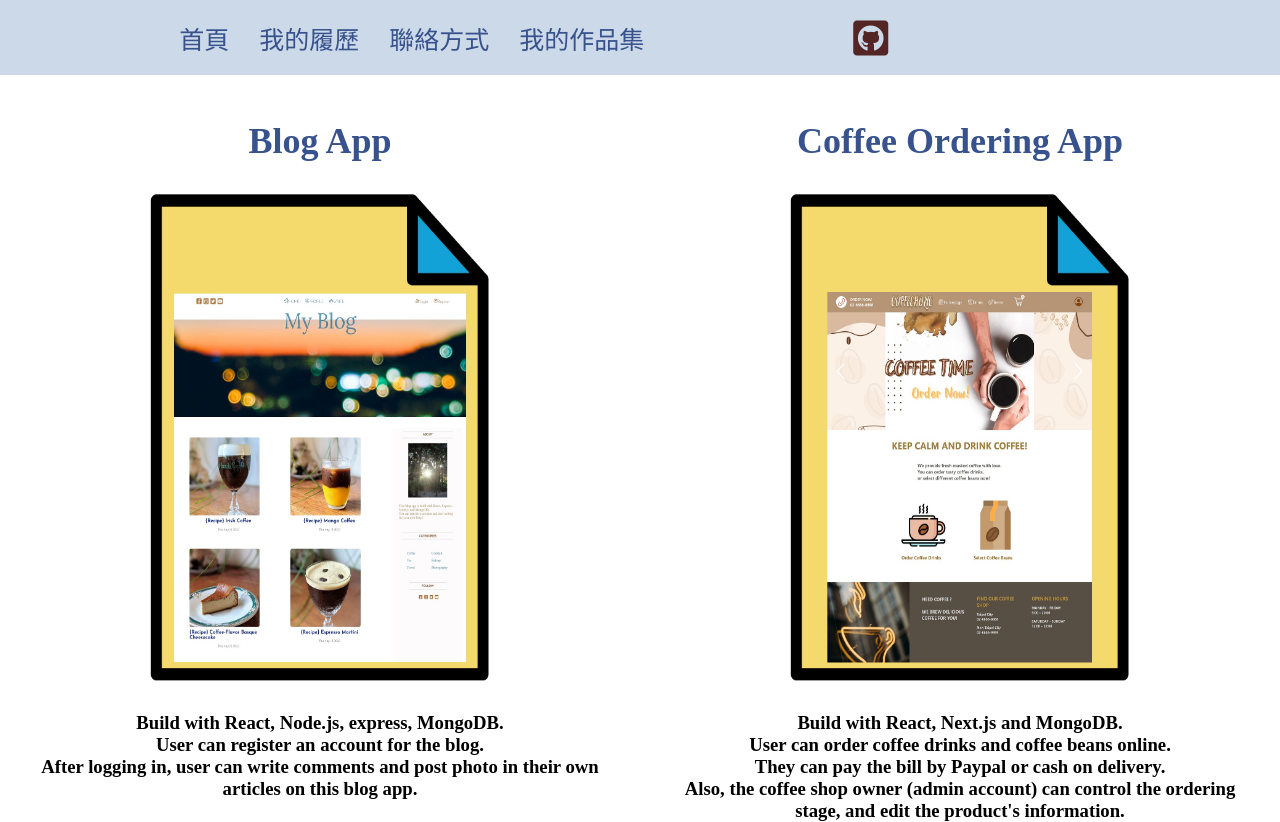
Repository: lcjyc/portfolio-website
Page: /portfolio
An editor plug-in stored every save of this project. The page is shown before and after the next save, followed by the edit.
The browser window is 1280 px wide. The pictures show the whole page.
The project was rebuilt for these pictures with package versions that can differ from the ones it lists, and the page was loaded fresh each time. Also part of the build but not shown: src/pages/home/home.css, src/pages/home/Home.jsx, src/pages/resume/resume.css, src/pages/resume/Resume.jsx, src/pages/contact/contact.css, src/pages/contact/Contact.jsx.

Above is the page before, as saved 2022-08-21 12:30:16.

### public/index.html
<!DOCTYPE html>
<html lang="zh-tw">
  <head>
    <meta charset="utf-8" />
    <meta name="viewport" content="width=device-width, initial-scale=1" />
    <meta name="theme-color" content="#000000" />
    <meta
      name="description"
      content="Web site created using create-react-app"
    />
    <link
      href="https://fonts.googleapis.com/css2?family=Josefin+Sans:wght@100;200;300;400;500;600;700&family=Lora:ital@0;1&family=Varela&family=Varela+Round&display=swap"
      rel="stylesheet"
    />
    <link
      rel="stylesheet"
      href="https://cdnjs.cloudflare.com/ajax/libs/font-awesome/5.15.3/css/all.min.css"
      integrity="sha512-iBBXm8fW90+nuLcSKlbmrPcLa0OT92xO1BIsZ+ywDWZCvqsWgccV3gFoRBv0z+8dLJgyAHIhR35VZc2oM/gI1w=="
      crossorigin="anonymous"
    />
    <style>
      * {
        margin: 0;
      }
    </style>
    <style>
      .link {
        text-decoration: none;
        color: inherit;
      }
    </style>
    <title>Lesley Chen|Portfolio</title>
  </head>

  <body>
    <noscript>You need to enable JavaScript to run this app.</noscript>
    <div id="root"></div>
  </body>
</html>

### src/App.js
import TopBar from "./components/topbar/TopBar";
import Home from "./pages/home/Home";
import Resume from "./pages/resume/Resume";
import Contact from "./pages/contact/Contact";
import Portfolio from "./pages/portfolio/Portfolio";

import { BrowserRouter as Router, Routes, Route } from "react-router-dom";

function App() {
  return (
    <Router>
      <TopBar />
      <Routes>
        <Route path="/" element={<Home />} />
        <Route path="/resume" element={<Resume />} />
        <Route path="/contact" element={<Contact />} />
        <Route path="/portfolio" element={<Portfolio />} />
      </Routes>
    </Router>
  );
}

export default App;

### src/components/topbar/TopBar.jsx
import { Link } from "react-router-dom";
import "./topbar.css";

export default function TopBar() {
  return (
    <div className="top">
      <div className="topLeft">
        <ul className="topList">
          <li className="topListItem">
            <Link className="link" to="/">
              首頁
            </Link>
          </li>
          <li className="topListItem">
            <Link className="link" to="/resume">
              我的履歷
            </Link>
          </li>
          <li className="topListItem">
            <Link className="link" to="/contact">
              聯絡方式
            </Link>
          </li>
          <li className="topListItem">
            <Link className="link" to="/portfolio">
              我的作品集
            </Link>
          </li>
        </ul>
      </div>
      <div className="topRight">
        <a href="https://github.com/lcjyc/">
          <i className="topIcon fab fa-github-square"></i>
        </a>
      </div>
    </div>
  );
}

### src/pages/portfolio/Portfolio.jsx
import "./portfolio.css";
import blog from "../../images/blog.jpg";
import coffeeorder from "../../images/coffeeorder.jpg";

const portfolio = () => {
  return (
    <div className="portfolio">
      <div className="left">
        <a
          href="https://lesleyblog.herokuapp.com/"
          target="_blank"
          rel="noopener noreferrer"
          className="link"
        >
          <h1 className="app">Blog App</h1>
        </a>
        <img src={blog} alt="" className="img" />
        <div className="desc">
          <h3>
            Build with React, Node.js, express, MongoDB.
            <br />
            User can register an account for the blog.
            <br />
            After logging in, user can write comments and post photo in their
            own articles on this blog app.
            <br />
          </h3>
        </div>
      </div>
      <div className="right">
        <a
          href="https://coffee-ordering.vercel.app/"
          target="_blank"
          rel="noopener noreferrer"
          className="link"
        >
          <h1 className="app">Coffee Ordering App</h1>
        </a>
        <img src={coffeeorder} alt="" className="img" />
        <div className="desc">
          <h3>
            Build with React, Next.js and MongoDB.
            <br />
            User can order coffee drinks and coffee beans online.
            <br />
            They can pay the bill by Paypal or cash on delivery.
            <br />
            Also, the coffee shop owner (admin account) can control the ordering
            stage, and edit the product's information.
          </h3>
        </div>
      </div>
    </div>
  );
};

export default portfolio;

### src/components/topbar/topbar.css
.top {
  width: 100%;
  height: 6vh;
  background-color: rgb(154, 179, 210, 0.5);
  position: sticky;
  top: 0;
  padding: 1rem 0rem;
  display: flex;
  align-items: center;
  z-index: 999;
}

.topLeft {
  flex: 6;
  display: flex;
  align-items: center;
  justify-content: center;
}

.topRight {
  flex: 3;
  display: flex;
}

.topIcon {
  font-size: 40px;
  margin-right: 10px;
  color: rgb(83, 37, 37);
  cursor: pointer;
}

.topImg {
  width: 40px;
  height: 40px;
  border-radius: 50%;
  object-fit: cover;
  cursor: pointer;
}

.topList {
  display: flex;
  justify-content: center;
  margin: 0;
  padding: 0;
  list-style: none;
}

.topListItem {
  margin-right: 30px;
  font-size: 25px;
  color: rgb(55, 82, 141);
  cursor: pointer;
}

.topListItem :hover {
  color: white;
}

### src/pages/portfolio/portfolio.css
.portfolio {
  display: flex;
  height: 87vh;
  width: 100%;
  padding-top: 2vh;
}

.left,
.right {
  flex: 1;
  padding: 30px;
  display: block;
  text-align: center;
}

.link {
  text-decoration: none;
  cursor: pointer;
}

.app {
  color: rgb(55, 82, 141);
  font-size: 36px;
}

.img {
  height: 550px;
  width: 350px;
  display: block;
  margin: auto;
}

Loaded but not shown: src/index.js (common file)

After the next save:
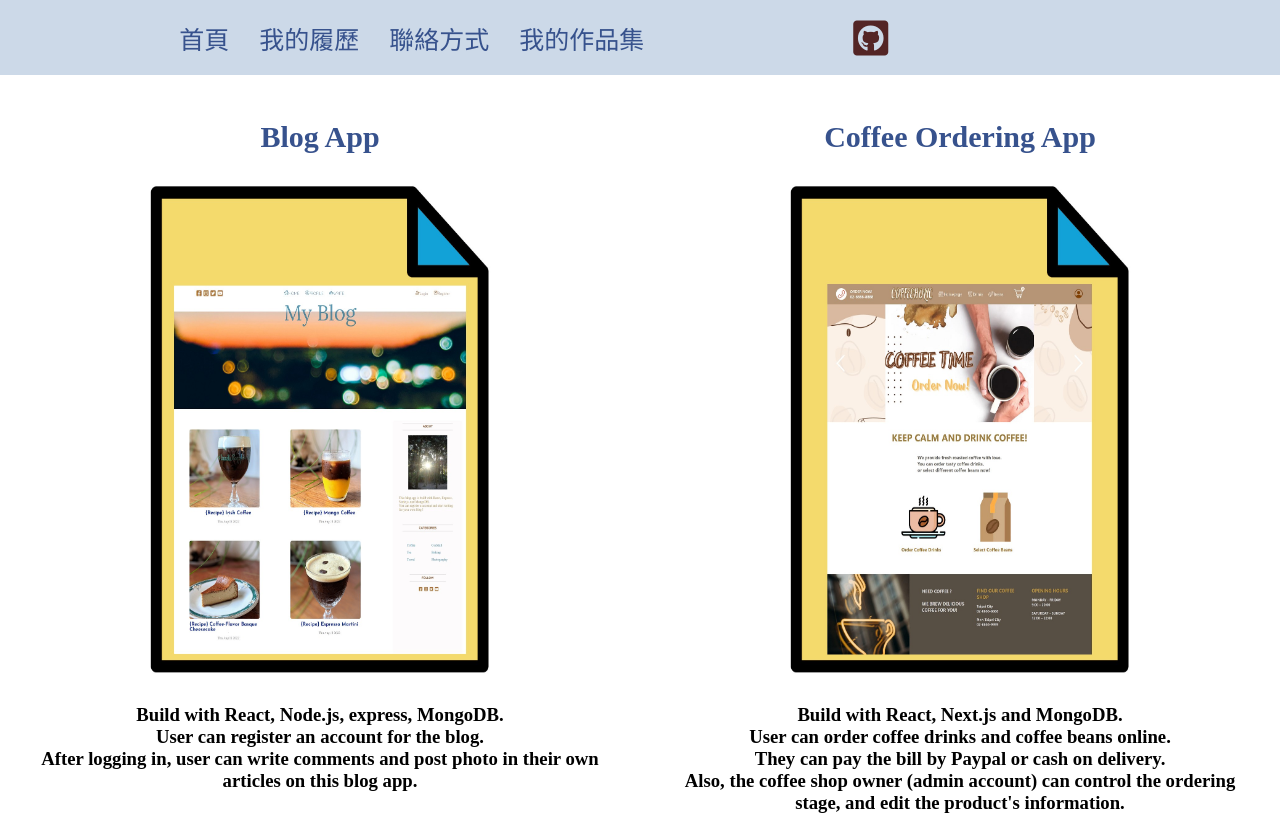
Saved 6 s later.
--- a/src/pages/portfolio/portfolio.css
+++ b/src/pages/portfolio/portfolio.css
@@ -20,7 +20,7 @@
 
 .app {
   color: rgb(55, 82, 141);
-  font-size: 36px;
+  font-size: 30px;
 }
 
 .img {
